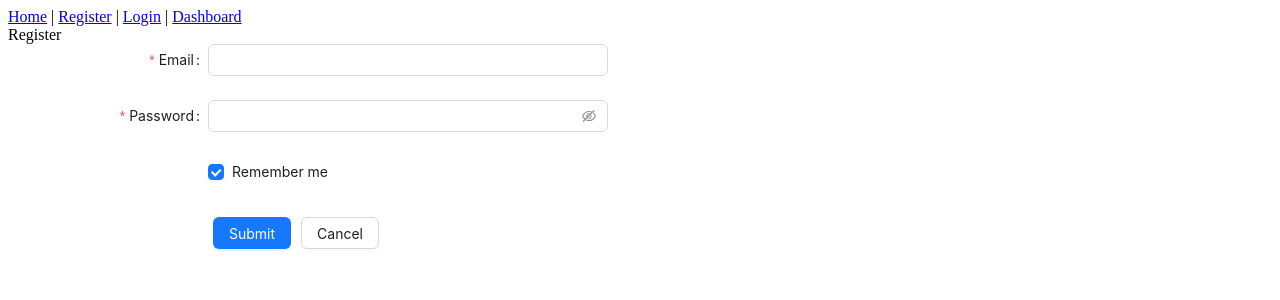
Repository: shaynewx/Airbrb
Page: /register (app in frontend/)
The author's editor kept a copy of each file at every save. The page is drawn from the files as they stood at one save, then again after the next save.
The browser window is 1280 px wide. The pictures show the whole page.
The project was rebuilt for these pictures with package versions that can differ from the ones it lists, and the page was loaded fresh each time. Also part of the build but not shown: frontend/src/components/Home.jsx, frontend/src/components/form/apiService.jsx, frontend/src/components/form/LoginForm.jsx, frontend/src/components/Login.jsx, frontend/src/components/Dashboard.jsx.

Above is the page before, as saved 2023-11-07 13:09:28.

After the next save:
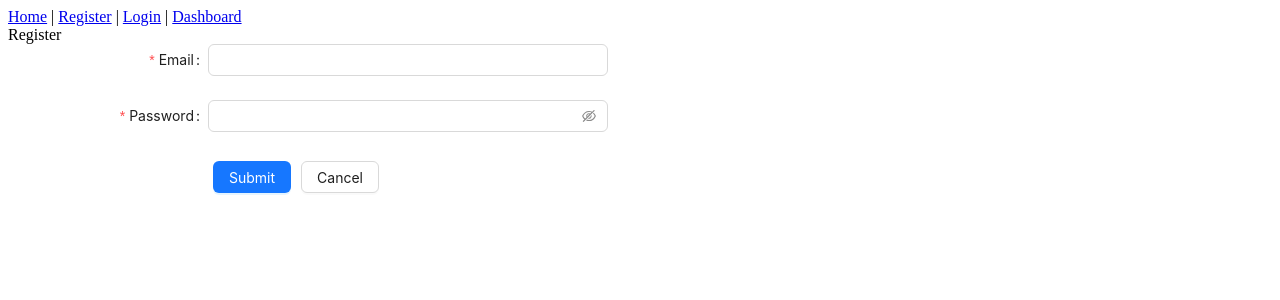
Saved 6 s later.
--- a/frontend/src/components/form/RegisterForm.jsx
+++ b/frontend/src/components/form/RegisterForm.jsx
@@ -63,17 +63,6 @@ const RegisterForm = () => (
     </Form.Item>
 
     <Form.Item
-      name="remember"
-      valuePropName="checked"
-      wrapperCol={{
-        offset: 8,
-        span: 16,
-      }}
-    >
-      <Checkbox>Remember me</Checkbox>
-    </Form.Item>
-
-    <Form.Item
       wrapperCol={{
         offset: 8,
         span: 16,
